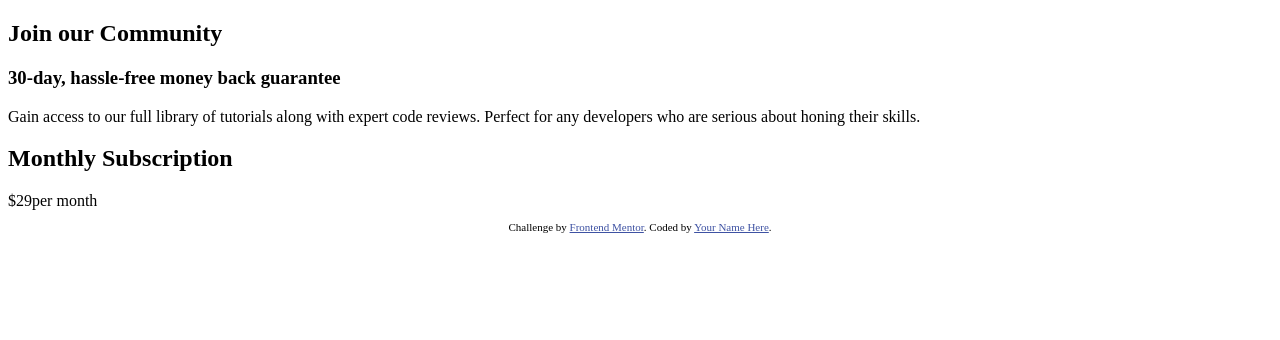
Repository: OmniaRafat232111121/single-price-grid-component-master
Page: index.html
These files come from the project's save history. The page is drawn as it stood at one moment and after the next save; the edit follows.
The browser window is 1280 px wide. The pictures show the whole page.

Above is the page before, as saved 2022-06-28 00:13:14.

After the next save:
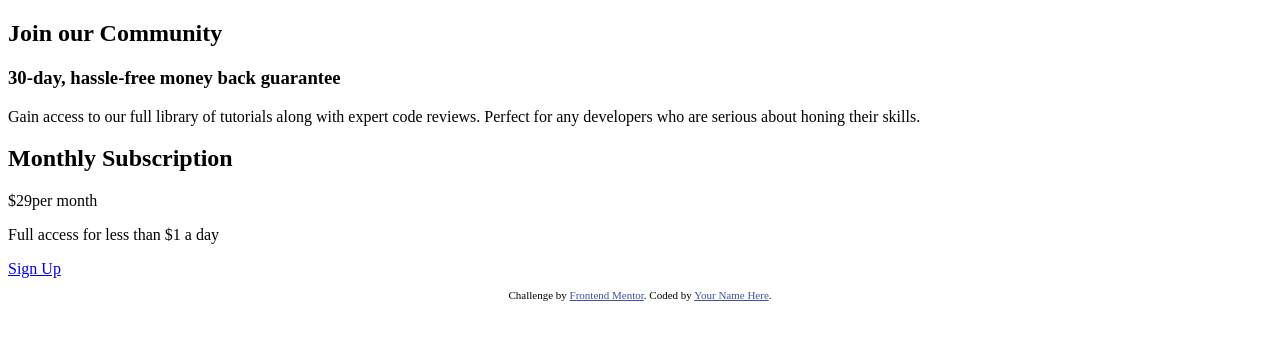
Saved 31 s later.
--- a/index.html
+++ b/index.html
@@ -27,6 +27,8 @@
     <section class="bg-dark-cyan section">
      <h2>Monthly Subscription</h2>
      <div class="pricetag"><span id="price">&dollar;29</span><span id="permonth">per month</span></div>
+     <p>Full access for less than &dollar;1 a day</p>
+     <a id="signup" href="#">Sign Up</a>
     </section>
   </di>
   <footer>
